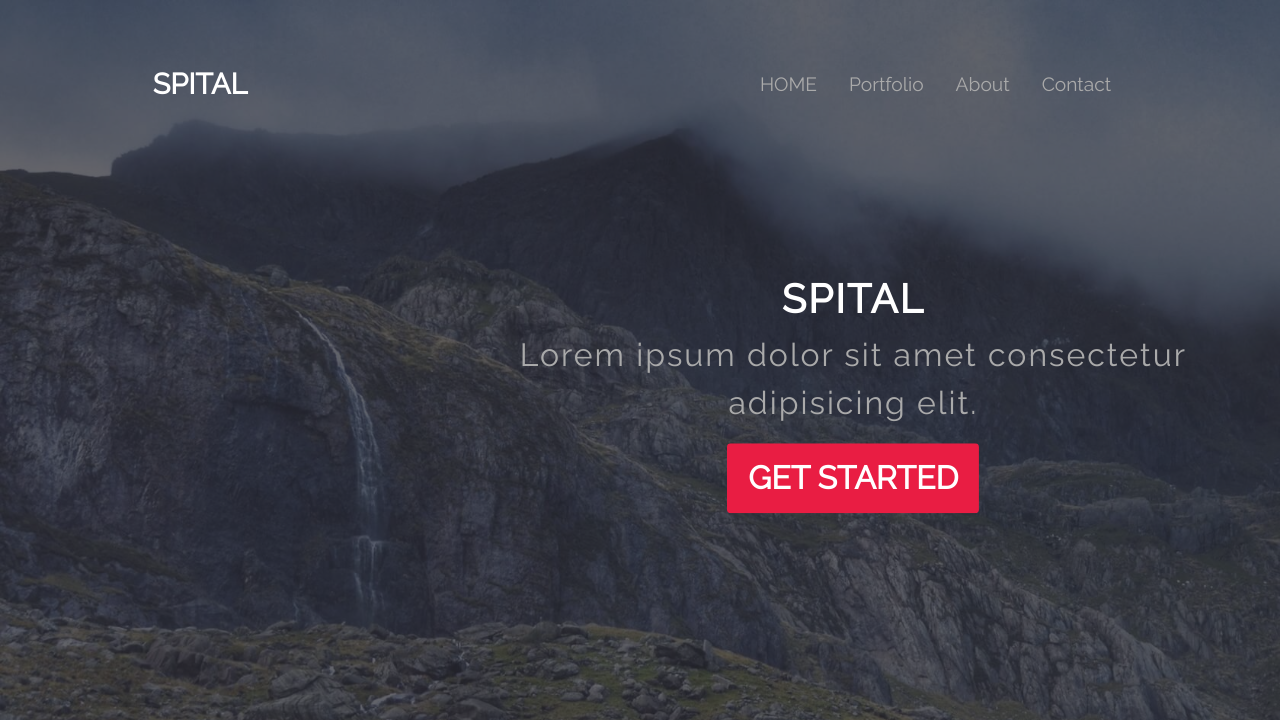
Repository: Mardoqueu/Bootstrap-4-Simple-Landing-Page
Page: index.html
The author's editor kept a copy of each file at every save. The page is drawn from the files as they stood at one save, then again after the next save.
The browser window is 1280 px wide. The pictures show the whole page.

Above is the page before, as saved 2022-10-11 08:20:59.

After the next save:
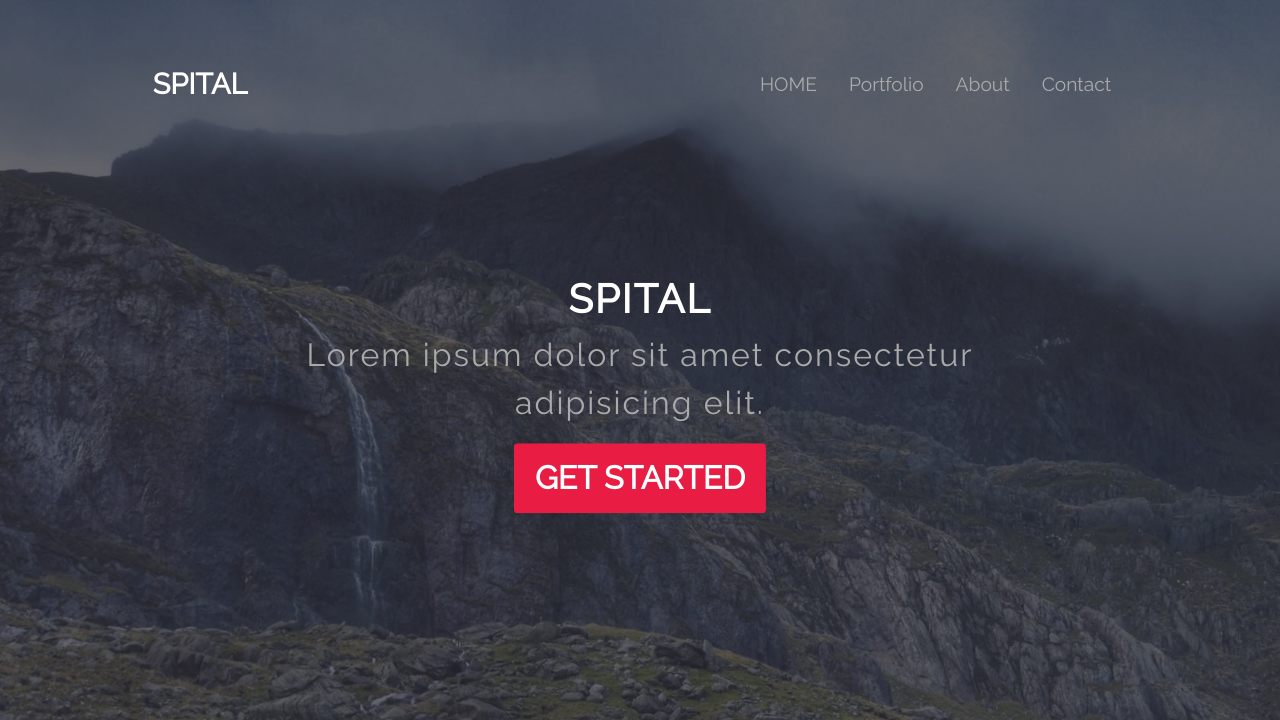
Saved 6 s later.
--- a/index.html
+++ b/index.html
@@ -34,7 +34,7 @@
 					</ul>
 				</nav>
 				</div>
-				<div class="col-md-8 offset-md-4 info">
+				<div class="col-md-8 offset-md-2 info">
 					<h1 class="text-center">SPITAL</h1>
 					<p class="text-center">
 						Lorem ipsum dolor sit amet consectetur adipisicing elit.
